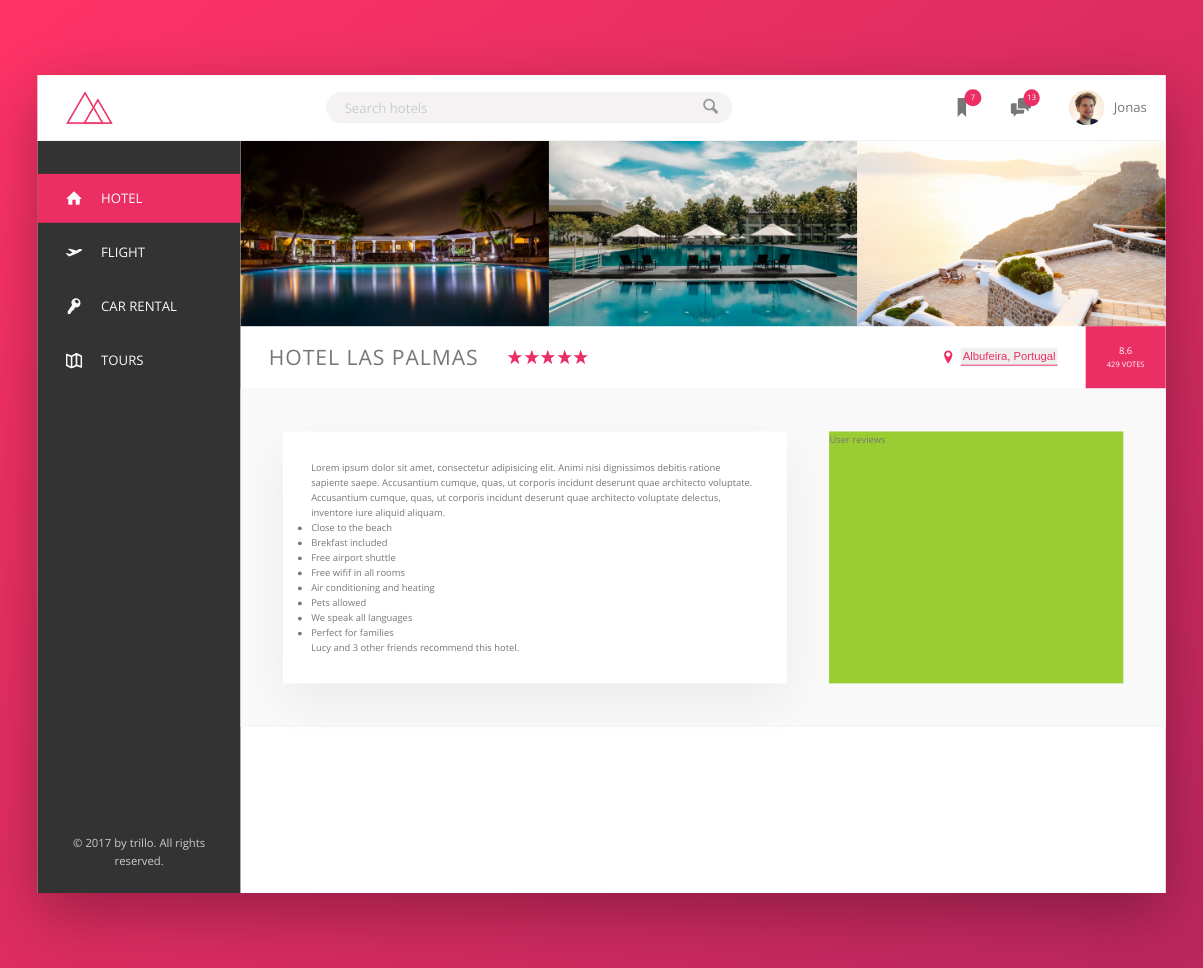
Repository: MalgorzataMazur/Trillo
Page: index.html
These files come from the project's save history. The page is drawn as it stood at one moment and after the next save; the edit follows.
The browser window is 1280 px wide. The pictures show the whole page, at 94% of full size.
The style sheet was rebuilt from its Sass, Less or Tailwind sources for each picture, by a compiler version that may differ from the author's.

Above is the page before, as saved 2020-03-27 18:58:12.

After the next save:
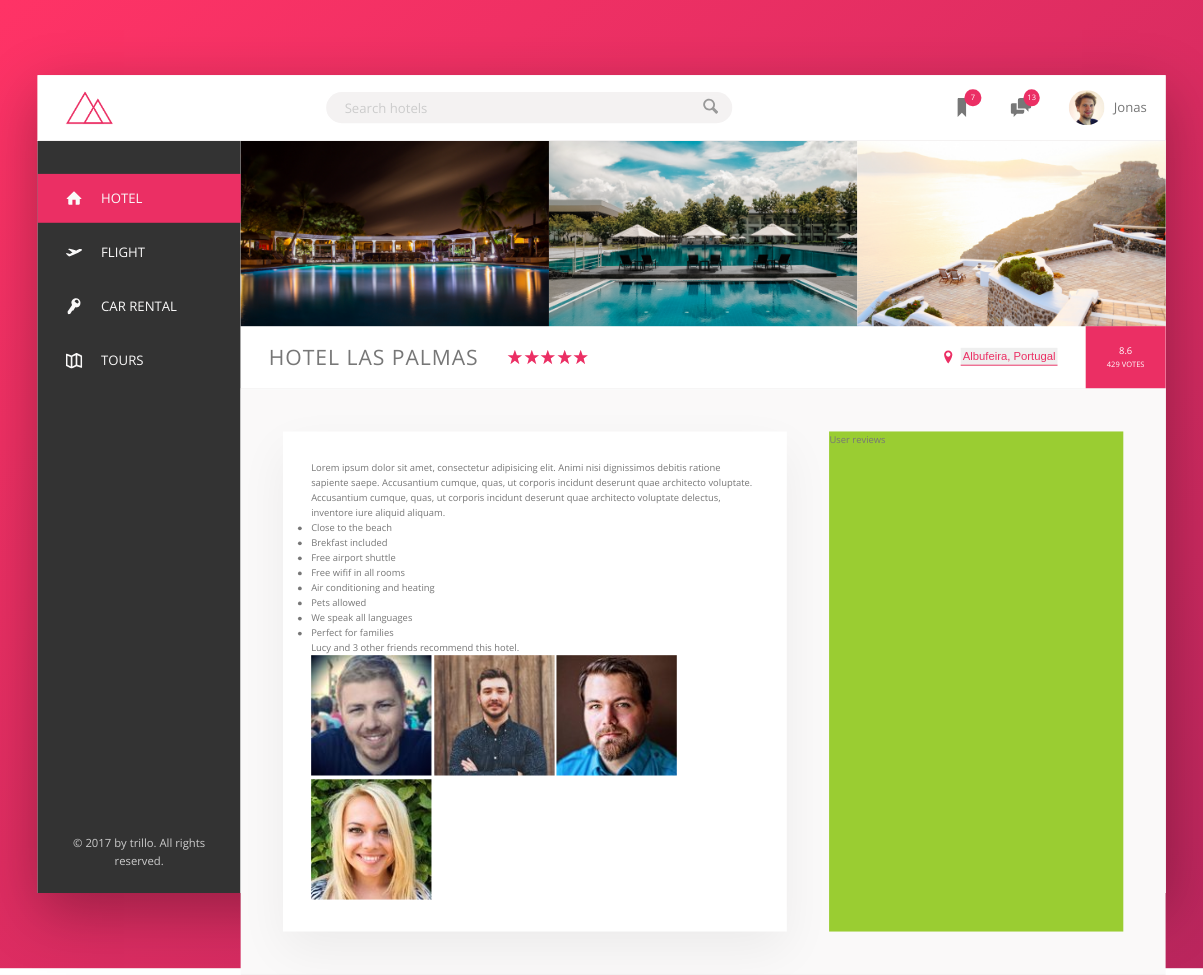
Saved 93 s later.
--- a/index.html
+++ b/index.html
@@ -158,7 +158,10 @@
                                      Lucy and 3 other friends recommend this hotel.
                                  </p>
                                  <div class="recommend__friends">
-
+                                     <img src="img/user-3.jpg" alt="Friend 1" class="recommend__photo">
+                                     <img src="img/user-4.jpg" alt="Friend 2" class="recommend__photo">
+                                     <img src="img/user-5.jpg" alt="Friend 3" class="recommend__photo">
+                                     <img src="img/user-6.jpg" alt="Friend 4" class="recommend__photo">
                                  </div>
                              </div>
                         </div>
